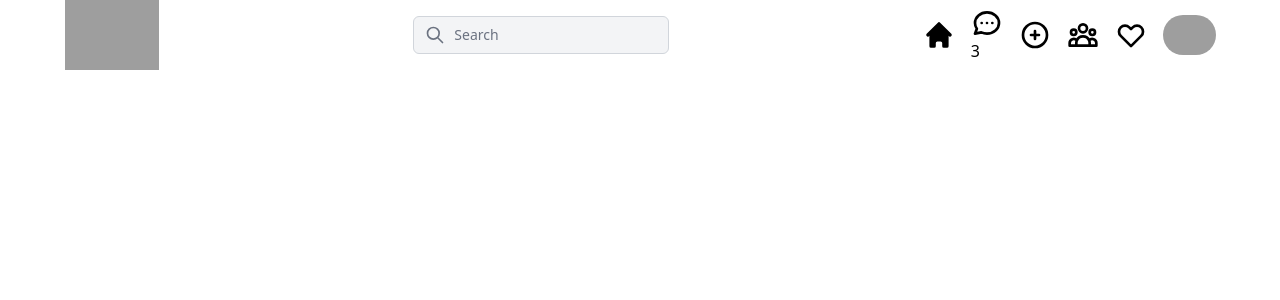
Repository: Qu4ntumGuy/insta-clone
Page: /
An editor plug-in stored every save of this project. The page is shown before and after the next save, followed by the edit.
The browser window is 1280 px wide. The pictures show the whole page.
Pictures or frames that could not be fetched are drawn as grey boxes. The project was rebuilt for these pictures with package versions that can differ from the ones it lists, and the page was loaded fresh each time. The framework's server and built-in components were replaced by stand-ins that run in the browser. Also part of the build but not shown: next.config.js.

Above is the page before, as saved 2022-03-16 13:16:25.

After the next save:
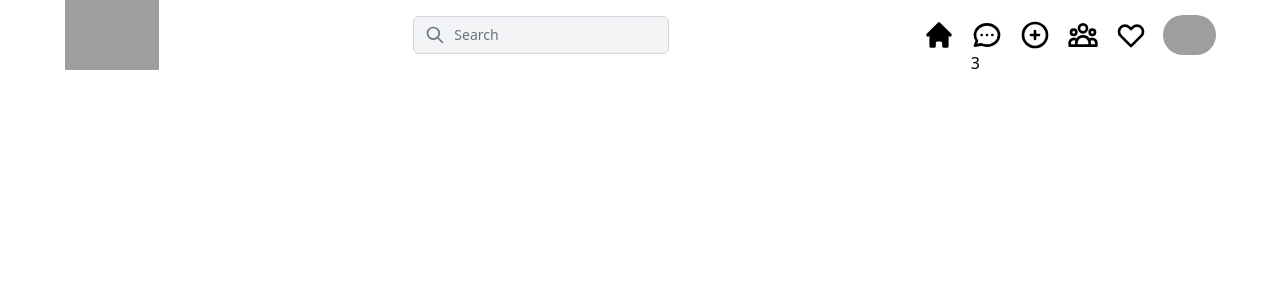
Saved 15 s later.
--- a/components/Header.js
+++ b/components/Header.js
@@ -43,7 +43,7 @@ const Header = () => {
           <HomeIcon className=" h-8 w-8" />
           <div className=" relative">
             <ChatIcon className=" h-8 w-8" />
-            <div className="">3</div>
+            <div className=" absolute">3</div>
           </div>
           <PlusCircleIcon className=" h-8 w-8" />
           <UserGroupIcon className="h-8 w-8" />
